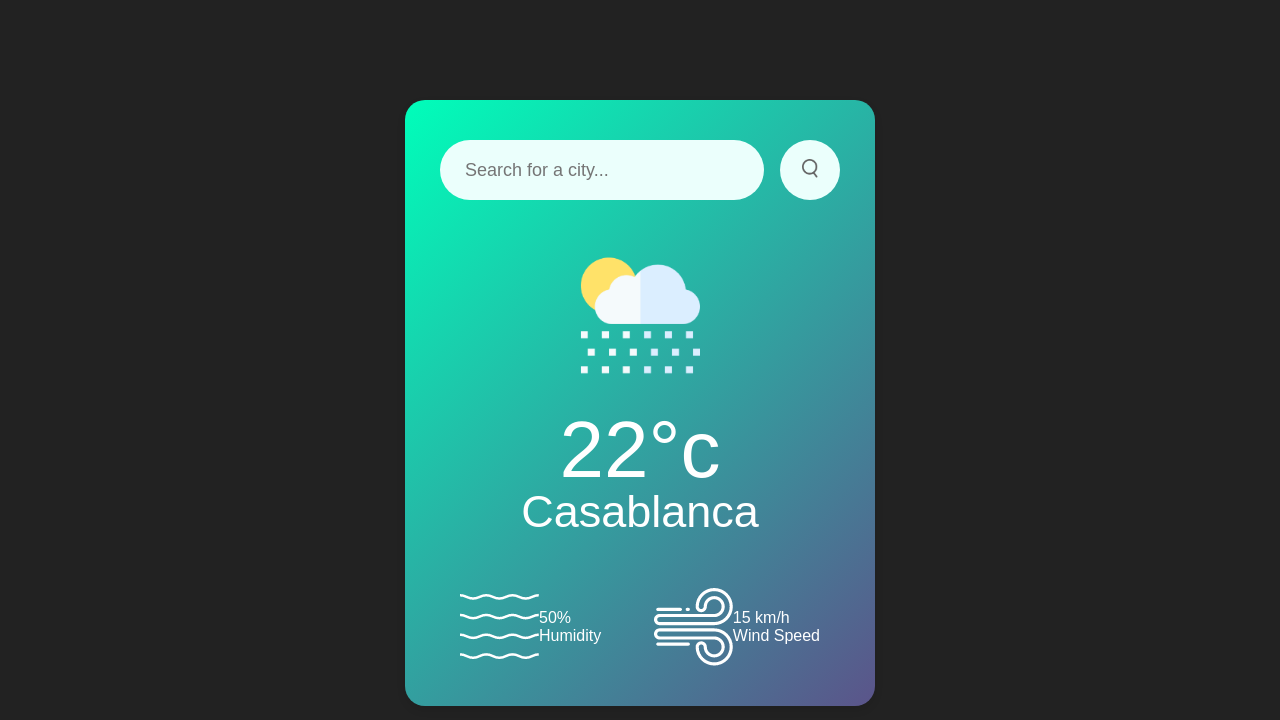
Repository: Abdelilah-Lakrim/Weather-App
Page: index.html
The author's editor kept a copy of each file at every save. The page is drawn from the files as they stood at one save, then again after a run of saves.
The browser window is 1280 px wide. The pictures show the whole page.

Above is the page before, as saved 2025-06-17 11:18:54.

After the next 6 saves:
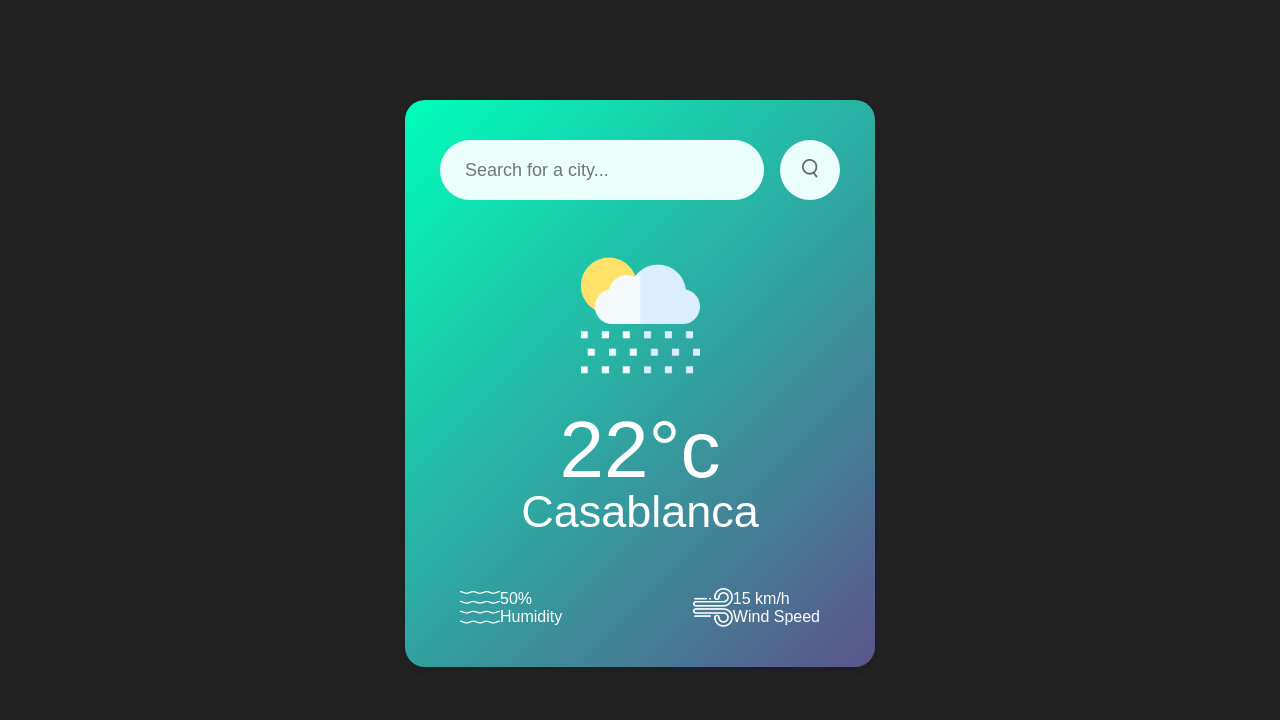
The 6 saves are shown as one change because they came seconds apart.
The last was saved 16 s later.
--- a/style.css
+++ b/style.css
@@ -84,8 +84,7 @@ body{
 
 }
 .col img{
-    display: flex;
-    text-align: left;
-    align-items: center;
+    width: 40px;
+    margin
 
 }
